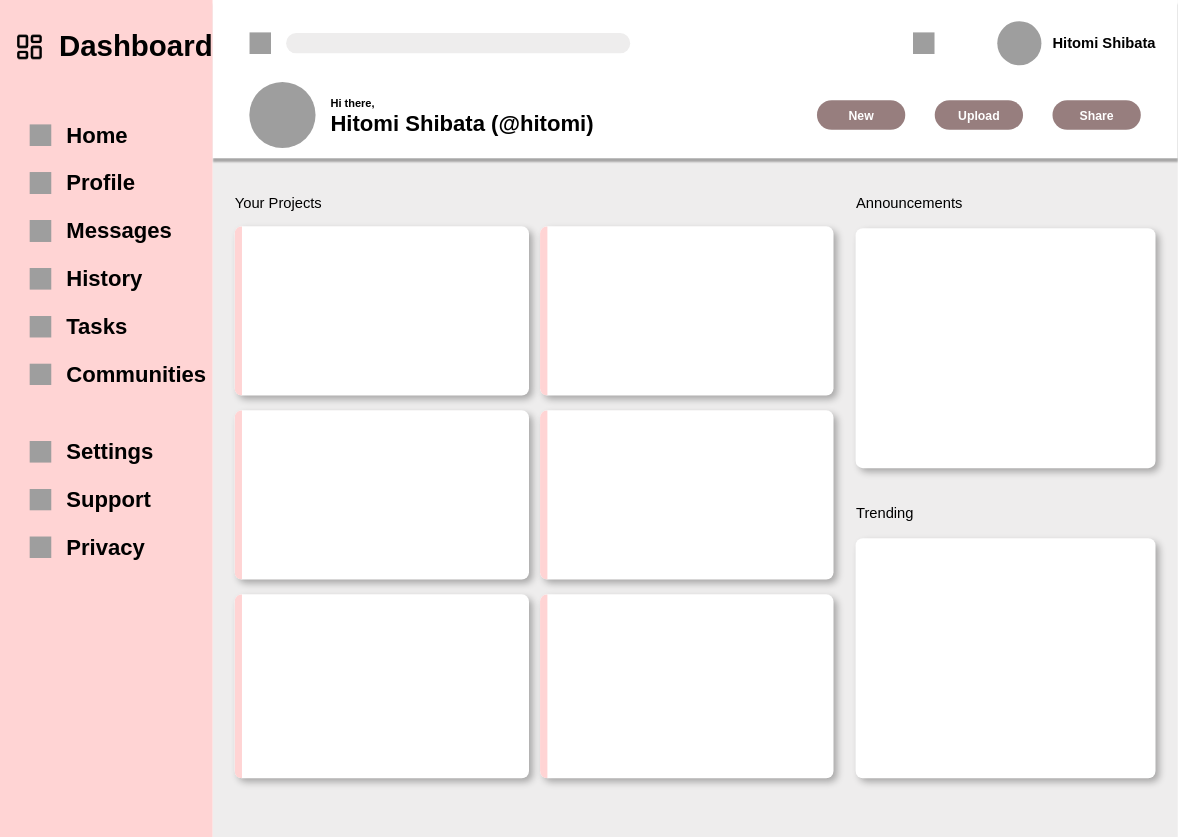
Repository: yeetzpxoci/dashboard
Page: index.html
These files come from the project's save history. The page is drawn as it stood at one moment and after the next save; the edit follows.
The browser window is 1280 px wide. The pictures show the whole page, at 92% of full size.
Pictures or frames that could not be fetched are drawn as grey boxes.

Above is the page before, as saved 2023-02-19 13:35:30.

After the next save:
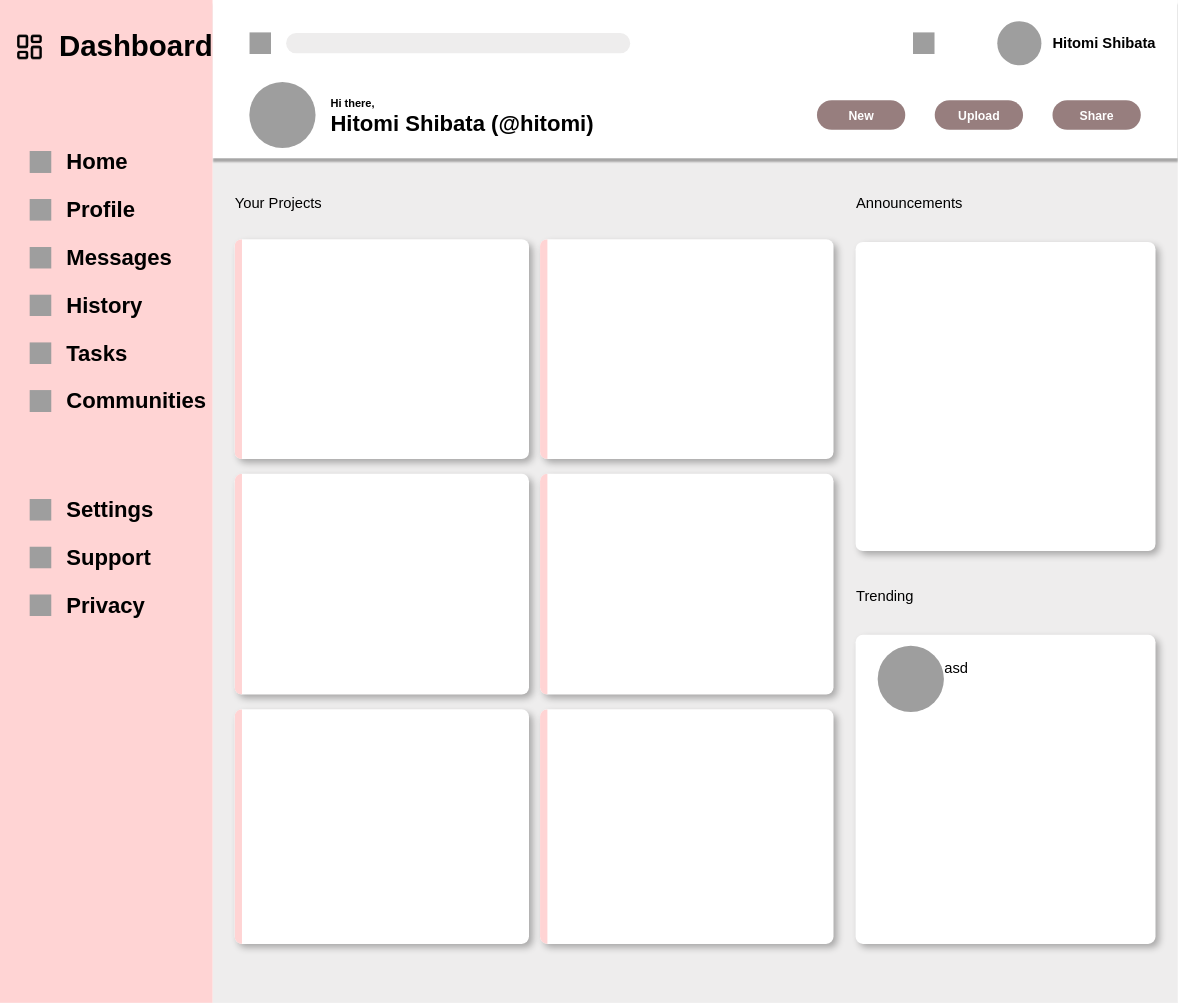
Saved 15 s later.
--- a/index.html
+++ b/index.html
@@ -135,7 +135,9 @@
             <p>Trending</p>
             <div class="trending">
                 <div class="trend">
-
+                    <div class="profile-pic">
+                    </div>
+                    <p>asd</p>
                 </div>
             </div>
         </div>
